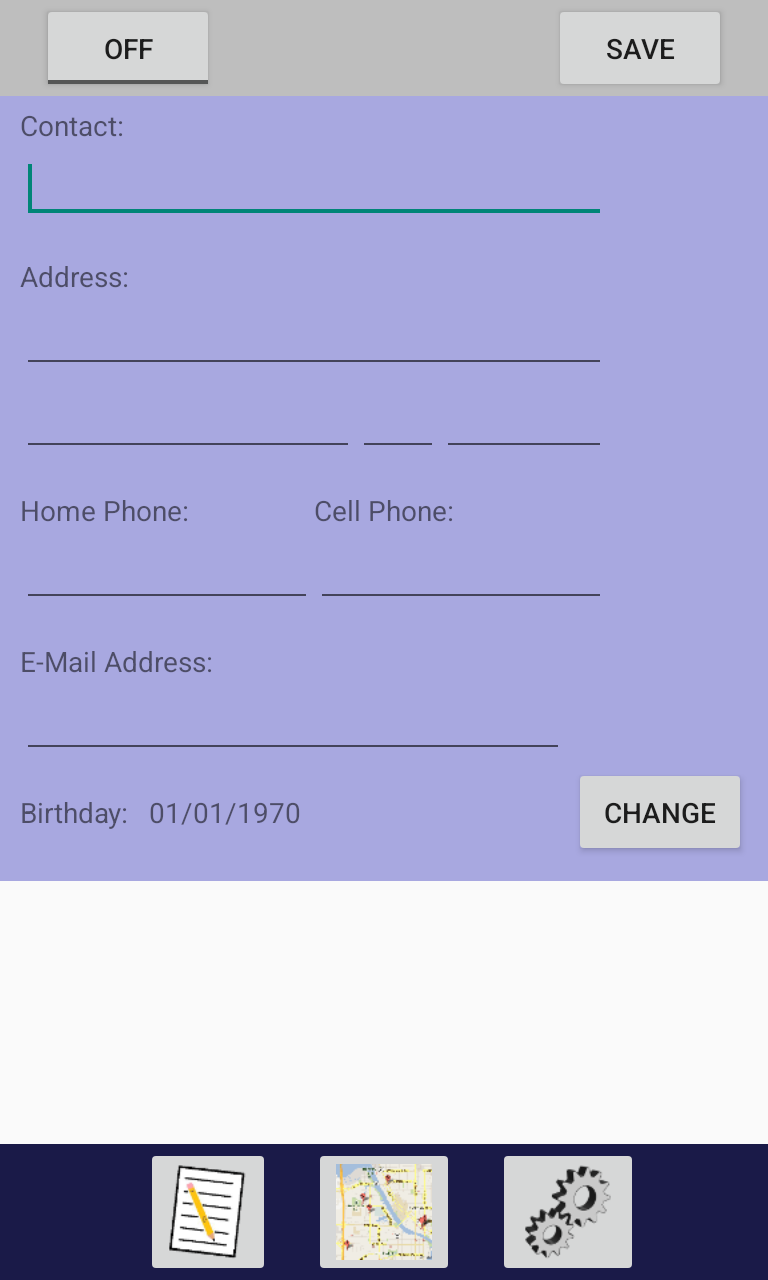
Repository: MobileApps-Cascadia/JenniferBronson_ExercisesChapter5
Layout: MyContactList/res/layout/activity_contact.xml
An editor plug-in stored every save of this project. The layout is shown before and after the next save, followed by the edit.
It is drawn on a 768 x 1280 px phone screen (xhdpi) without system bars, with theme AppTheme; the app's code is not run.

Above is the layout before, as saved 2014-05-04 21:30:13.

After the next save:
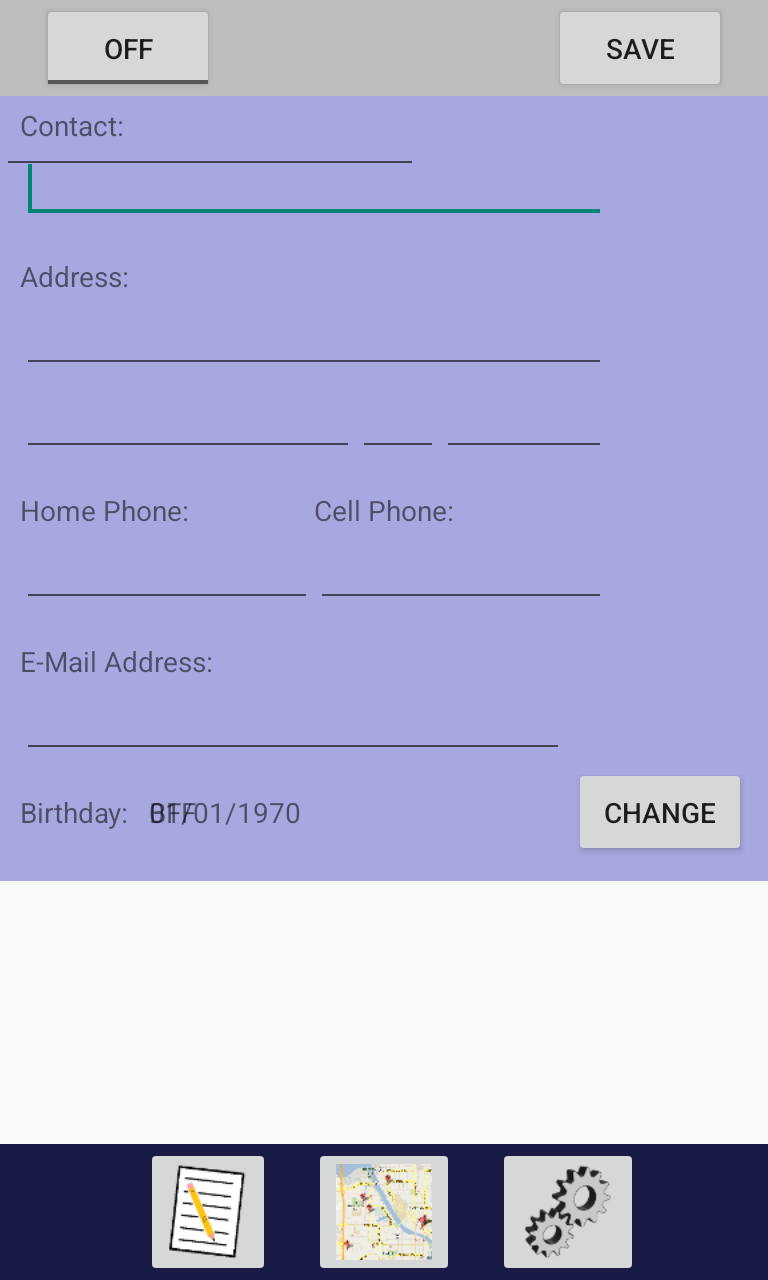
Saved 108 min 28 s later.
--- a/MyContactList/res/layout/activity_contact.xml
+++ b/MyContactList/res/layout/activity_contact.xml
@@ -277,6 +277,24 @@
                 android:layout_marginRight="10dp"
                 android:layout_alignBaseline="@+id/textBirthday" />
 
+            <TextView
+                android:id="@+id/textBFF"
+                android:layout_width="wrap_content"
+                android:layout_height="wrap_content"
+                android:text="BFF"
+                android:layout_marginLeft="10dp"
+                android:layout_toRightOf="@+id/textBday"
+                android:layout_alignBottom="@+id/textBday"
+                android:paddingBottom="25dp"
+                />
+
+            <EditText
+                android:id="@+id/editBFF"
+                android:layout_width="wrap_content"
+                android:layout_height="wrap_content"
+                android:ems="10"
+                android:inputType="number" />
+
         </RelativeLayout>
     </ScrollView>
 
